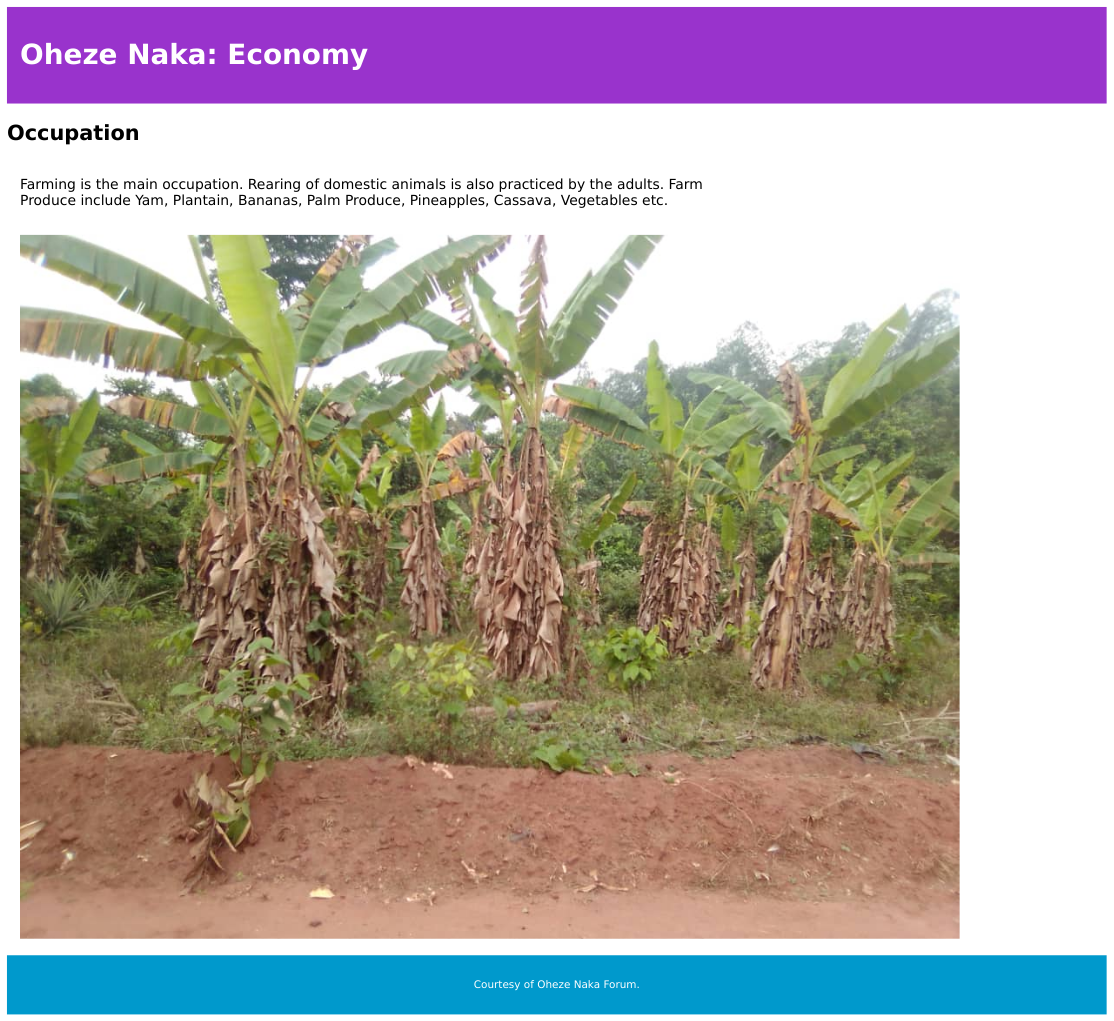
Repository: OtasowieRotimiOsifo/oheze-naka-forum
Page: economy.html
These files come from the project's save history. The page is drawn as it stood at one moment and after the next save; the edit follows.
The browser window is 1280 px wide. The pictures show the whole page, at 87% of full size.

Above is the page before, as saved 2021-04-01 22:48:08.

After the next save:
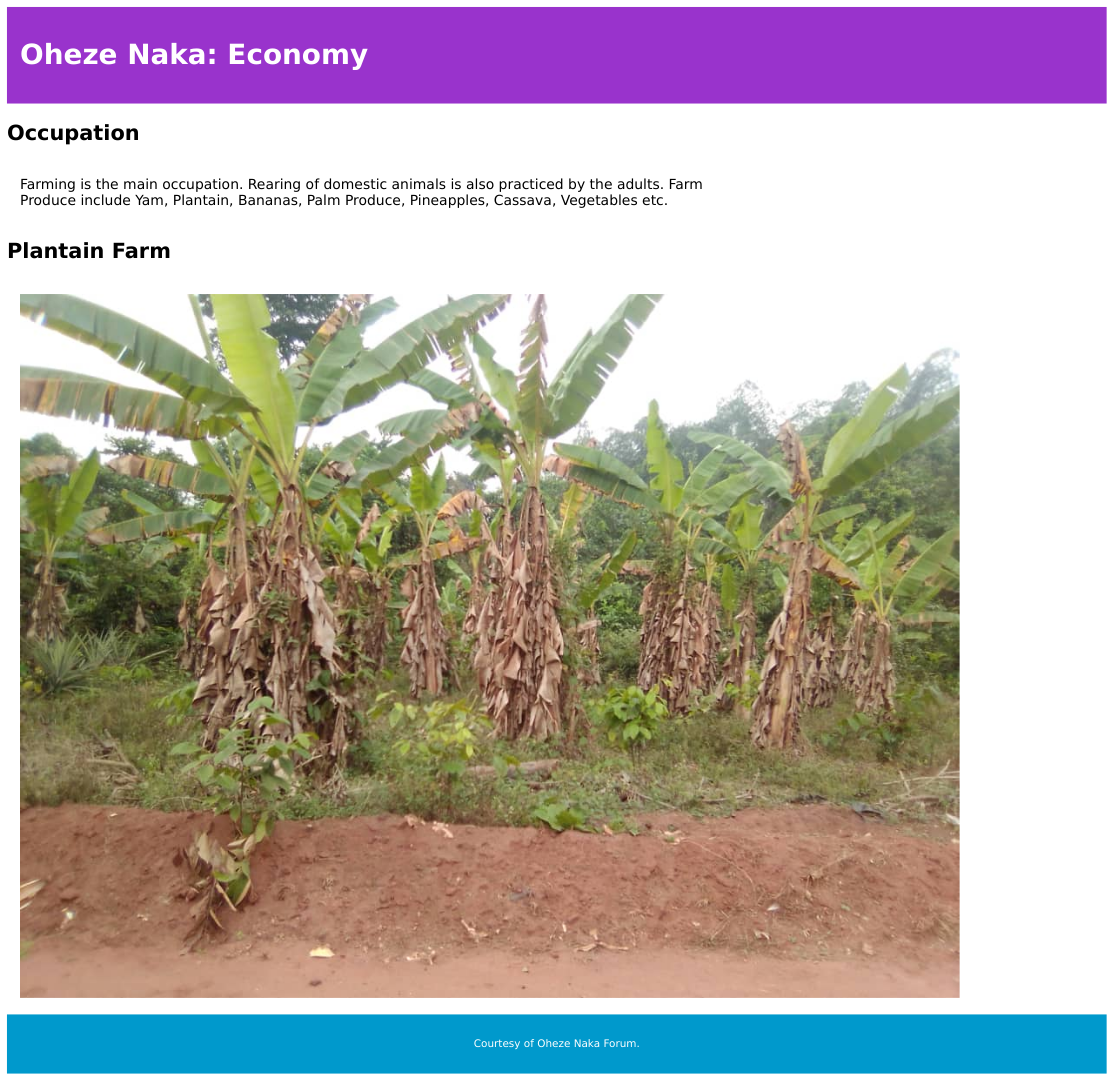
Saved 47 s later.
--- a/economy.html
+++ b/economy.html
@@ -115,6 +115,7 @@ html {
     </div>
   </div>
   <div class="row">
+    <h2>Plantain Farm</h2>
     <div  class="col-3 col-s-3">
       <img src="img/plantain-farm.jpg"/>
   </div>
